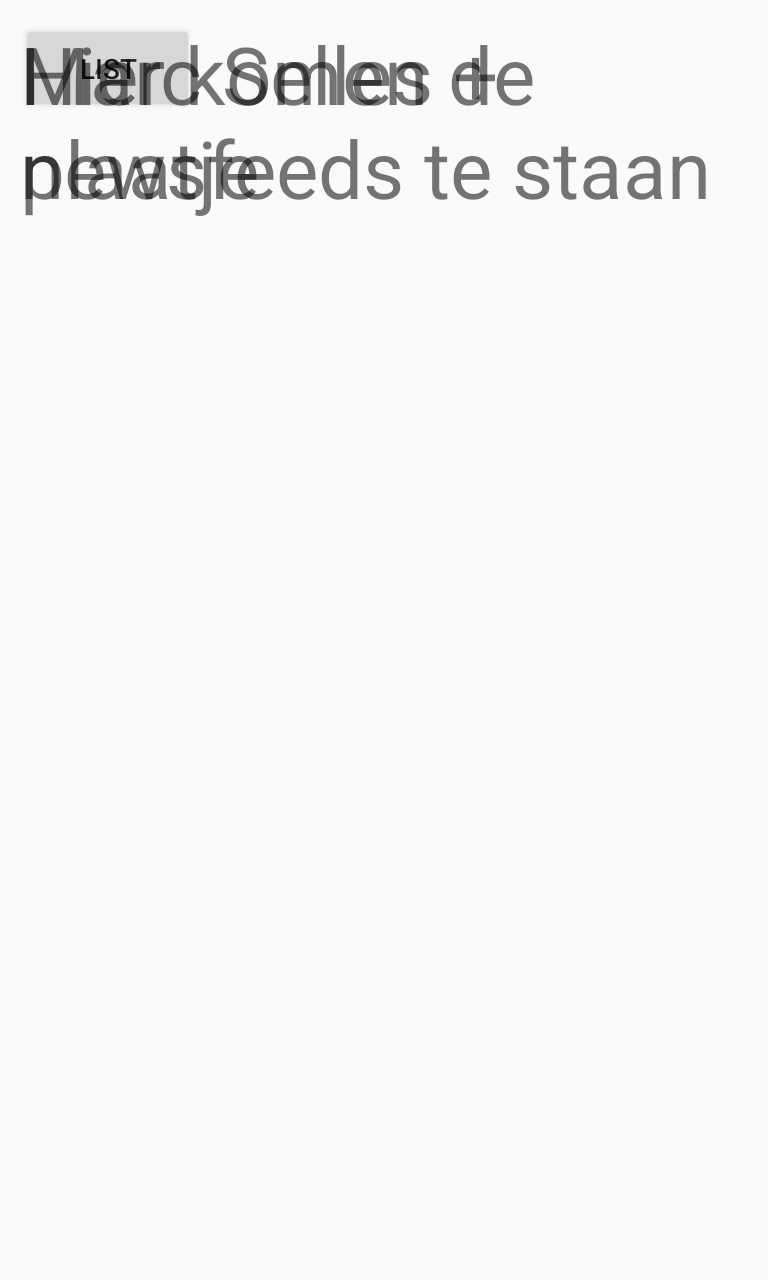
Repository: MarcSelles/BeatYourBucketAndroid
Layout: The_app/BeatYourBucket/res/layout/activity_main.xml
These files come from the project's save history. The layout is drawn as it stood at one moment and after the next save; the edit follows.
It is drawn on a 768 x 1280 px phone screen (xhdpi) without system bars, with theme AppTheme; the app's code is not run.

Above is the layout before, as saved 2015-01-14 09:52:06.

After the next save:
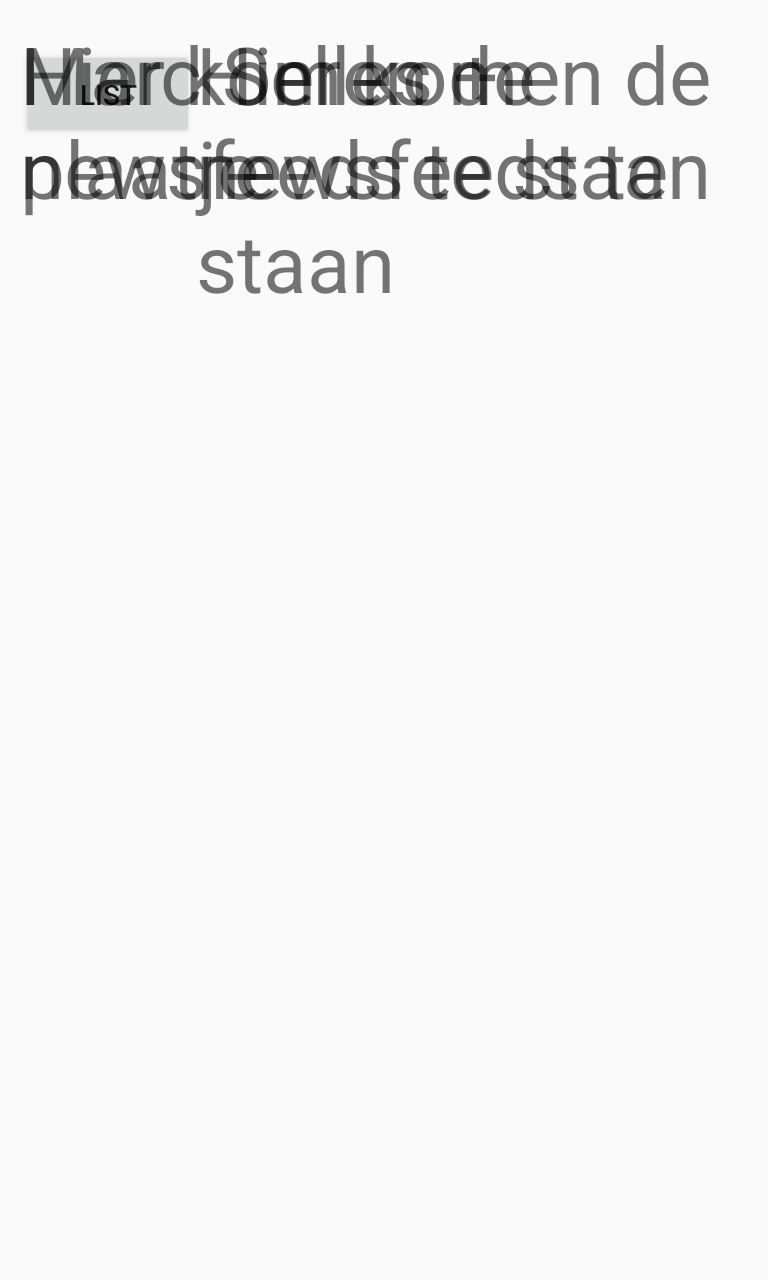
Saved 25 min 4 s later.
--- a/The_app/BeatYourBucket/res/layout/activity_main.xml
+++ b/The_app/BeatYourBucket/res/layout/activity_main.xml
@@ -41,6 +41,13 @@
         			android:layout_width="wrap_content"
         			android:layout_height="wrap_content"
         			android:text="list" />
+
+                <TextView
+                	android:id="@+id/hooi"
+                    android:layout_width="wrap_content"
+                    android:layout_height="wrap_content"
+                    android:text="Hier komen de newsfeeds te staan"
+                    android:textSize="40sp" />
 
             </LinearLayout>
 
